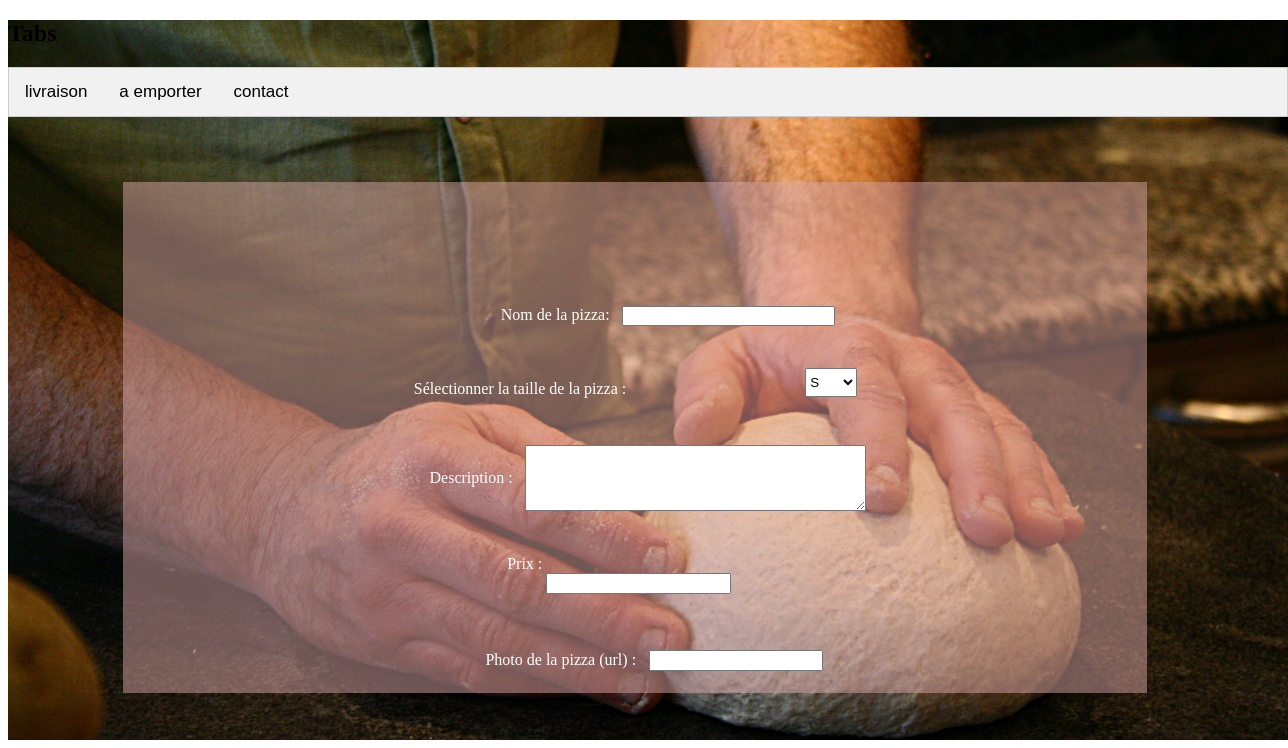
Repository: dev84-unalien/pippo_pizza
Page: admin.html
An editor plug-in stored every save of this project. The page is shown before and after the next save, followed by the edit.
The browser window is 1280 px wide. The page is 1288 px wide, so the pictures cover 1288 px, including what lies to the right of the window. The pictures show the whole page.

Above is the page before, as saved 2019-09-10 16:15:54.

After the next save:
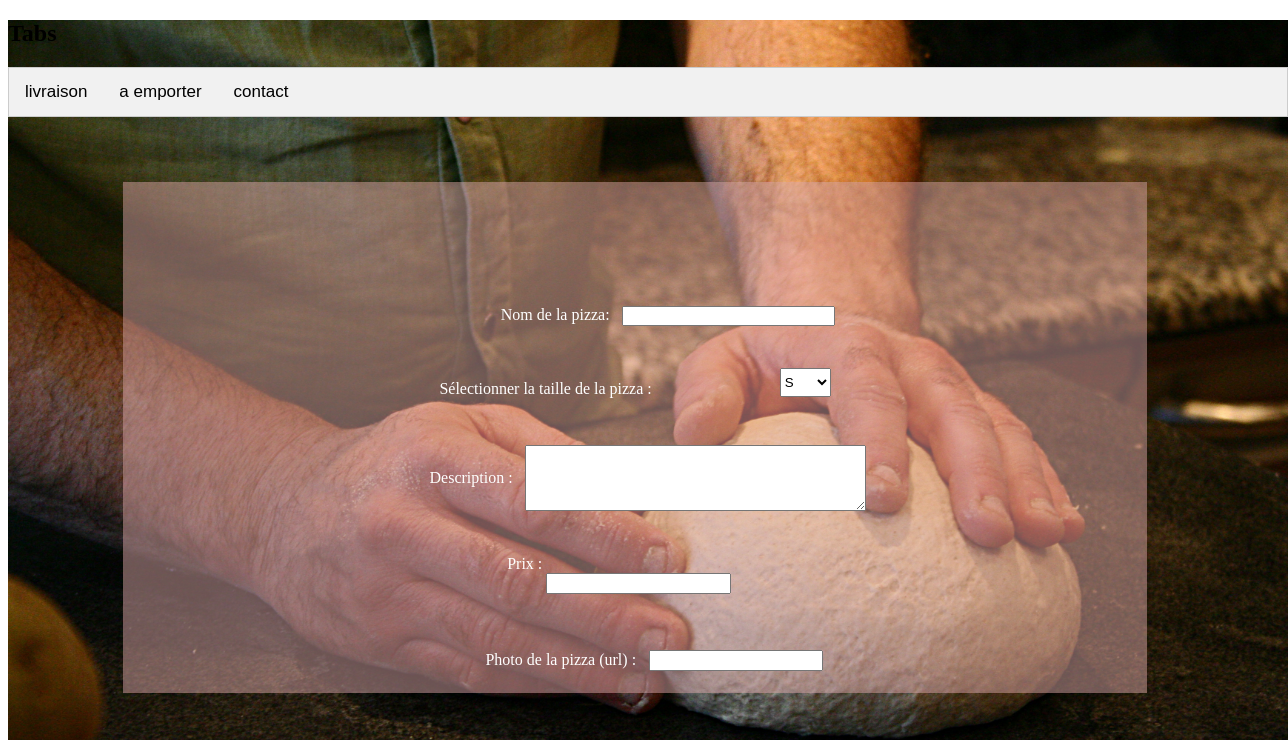
Saved 7 s later.
--- a/admin.css
+++ b/admin.css
@@ -52,7 +52,7 @@ select {
   width: 4vw;
   height: 4vh;
   margin-top: 0.5vh;
-  margin-left: 14vw;
+  margin-left: 10vw;
 }
 
 #Description{
